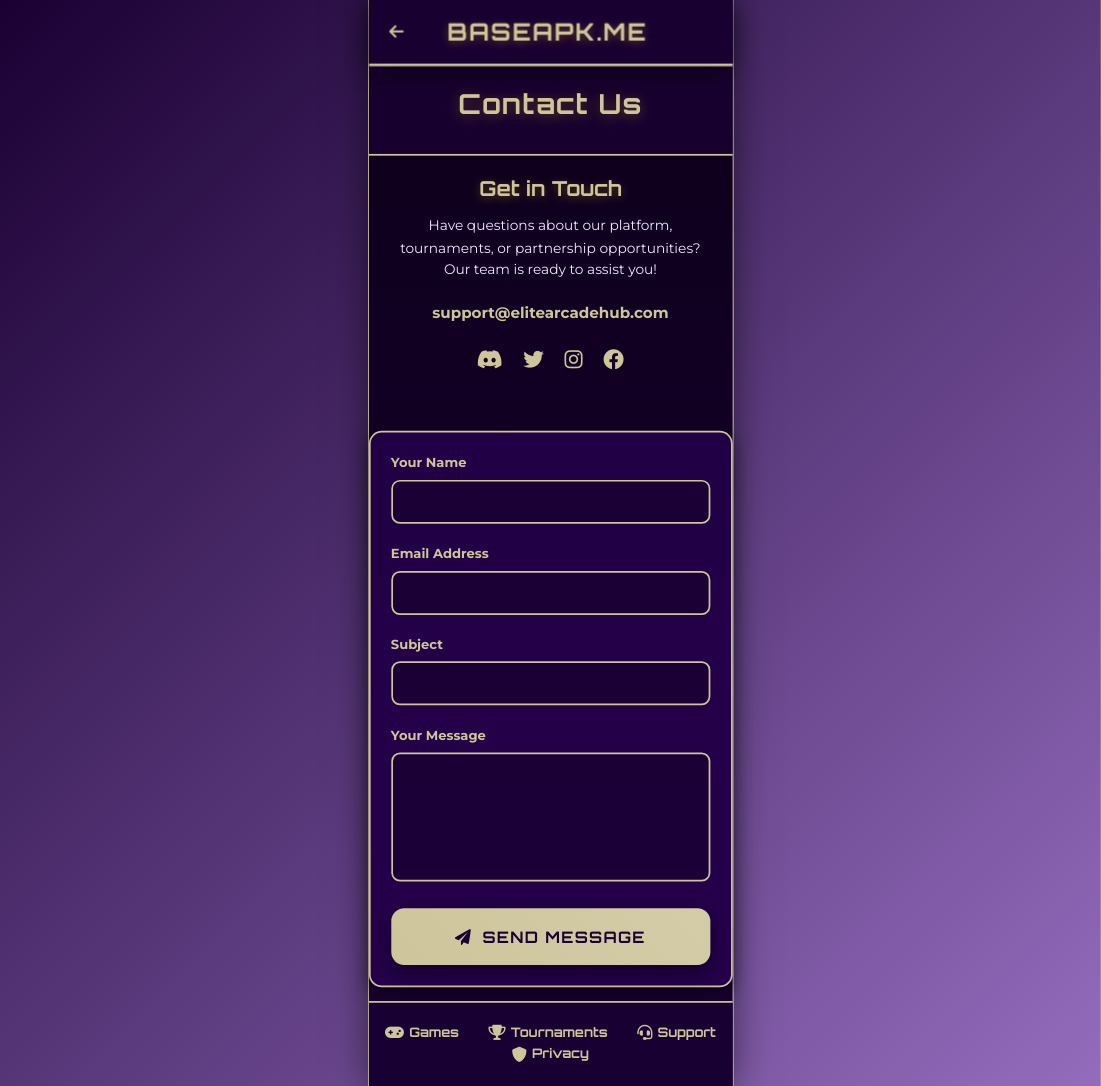
Repository: meenadabhii/kasetto.com
Page: game3265/support.html
The author's editor kept a copy of each file at every save. The page is drawn from the files as they stood at one save, then again after a run of saves.
The browser window is 1280 px wide. The pictures show the whole page, at 86% of full size.

Above is the page before, as saved 2025-05-15 14:56:31.

After the next 4 saves:
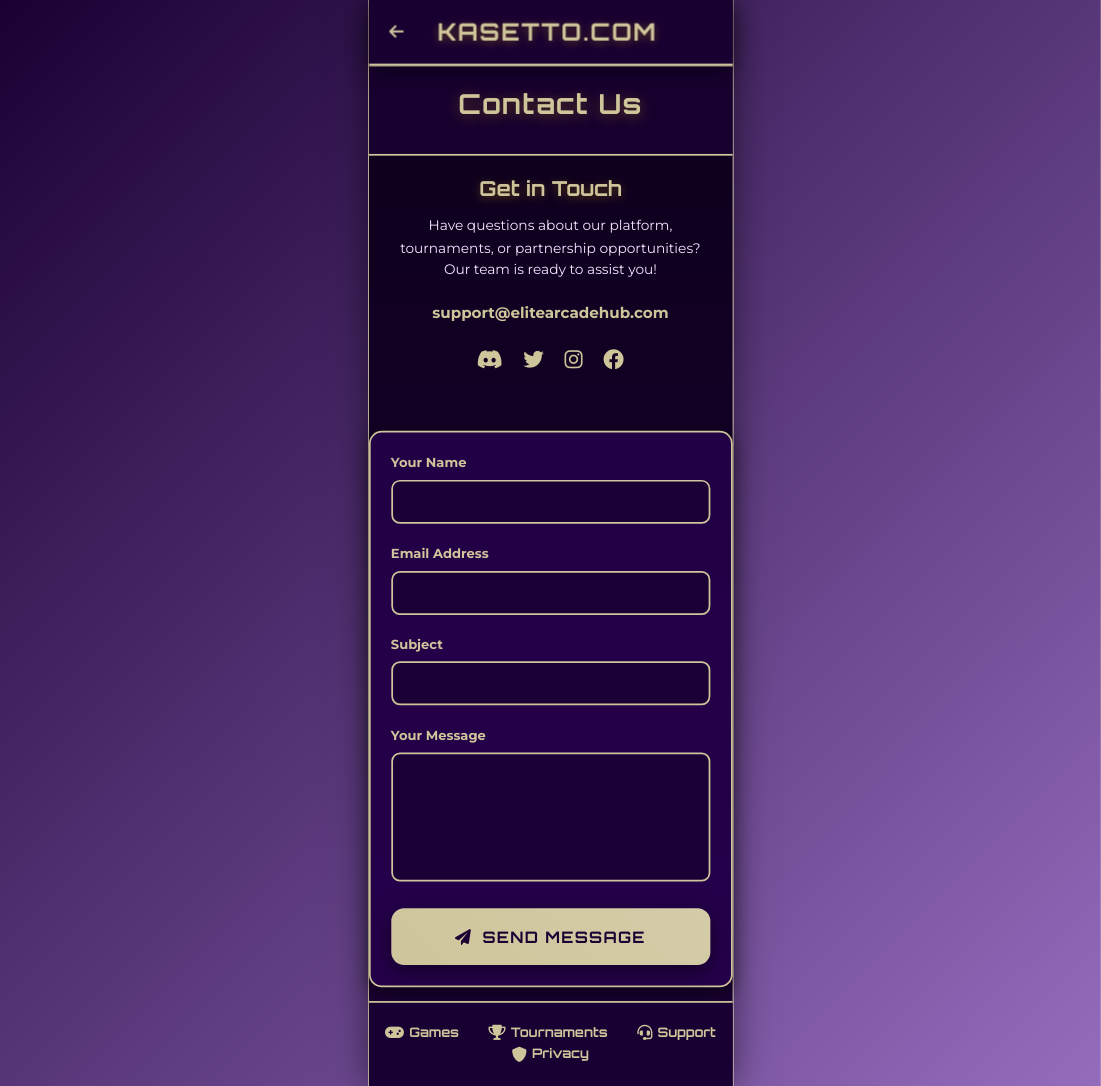
The 4 saves are shown as one change because they came seconds apart.
The last was saved 14 s later.
--- a/game3265/support.html
+++ b/game3265/support.html
@@ -336,7 +336,7 @@
 <body oncontextmenu="return false" onkeydown="return disableKeys(event)" onselectstart="return false">
   <!-- Copyright Notice -->
   <script>
-    console.log("© 2025mods.baseapk.me. All rights reserved.");
+    console.log("© 2025mods.kasetto.com All rights reserved.");
   </script>
 
   <div class="page-wrapper">
@@ -345,7 +345,7 @@
       <div class="header-content">
         <a href="javascript:history.back()" class="back-btn"><i class="fas fa-arrow-left"></i></a>
         <a href="game.html" class="logo">
-         baseapk.me
+         kasetto.com
         </a>
         <div style="width: 24px;"></div> <!-- Spacer for alignment -->
       </div>
